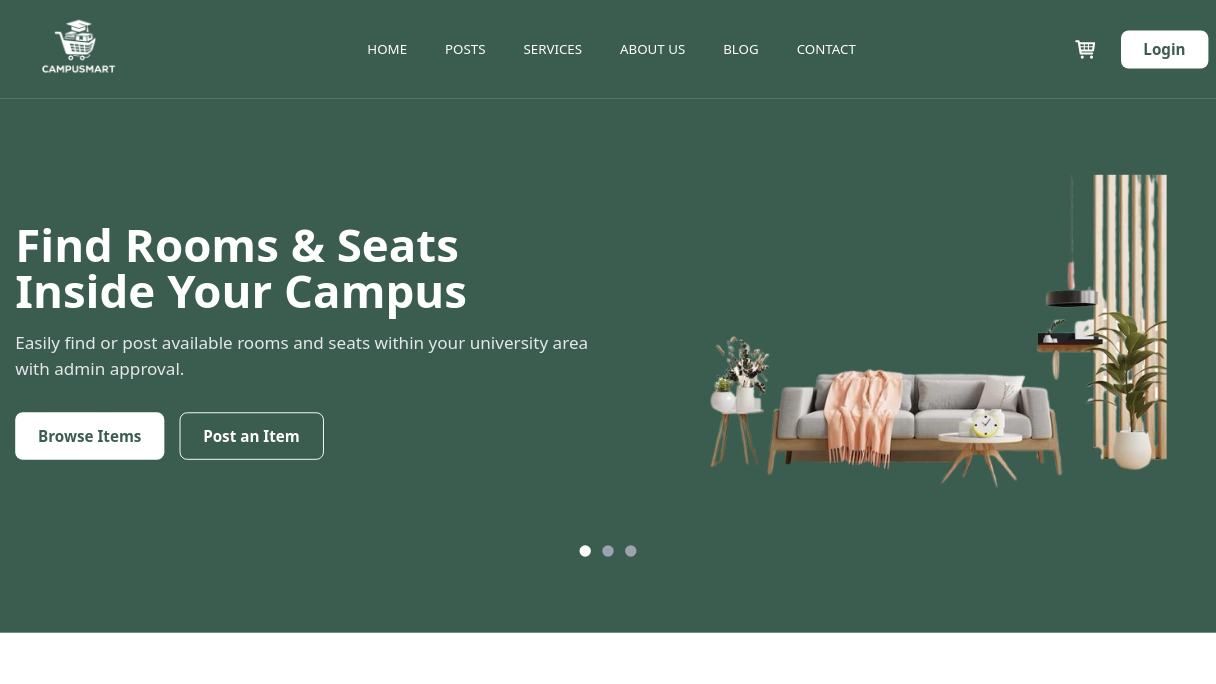
Repository: jahidhasanri/CAMPUSMART
Page: /
These files come from the project's save history. The page is drawn as it stood at one moment and after the next save; the edit follows.
The browser window is 1280 px wide. The pictures show the whole page, at 95% of full size.
The project was rebuilt for these pictures with package versions that can differ from the ones it lists, and the page was loaded fresh each time. Also part of the build but not shown: vite.config.js.

Above is the page before, as saved 2026-01-12 23:03:23.

After the next save:
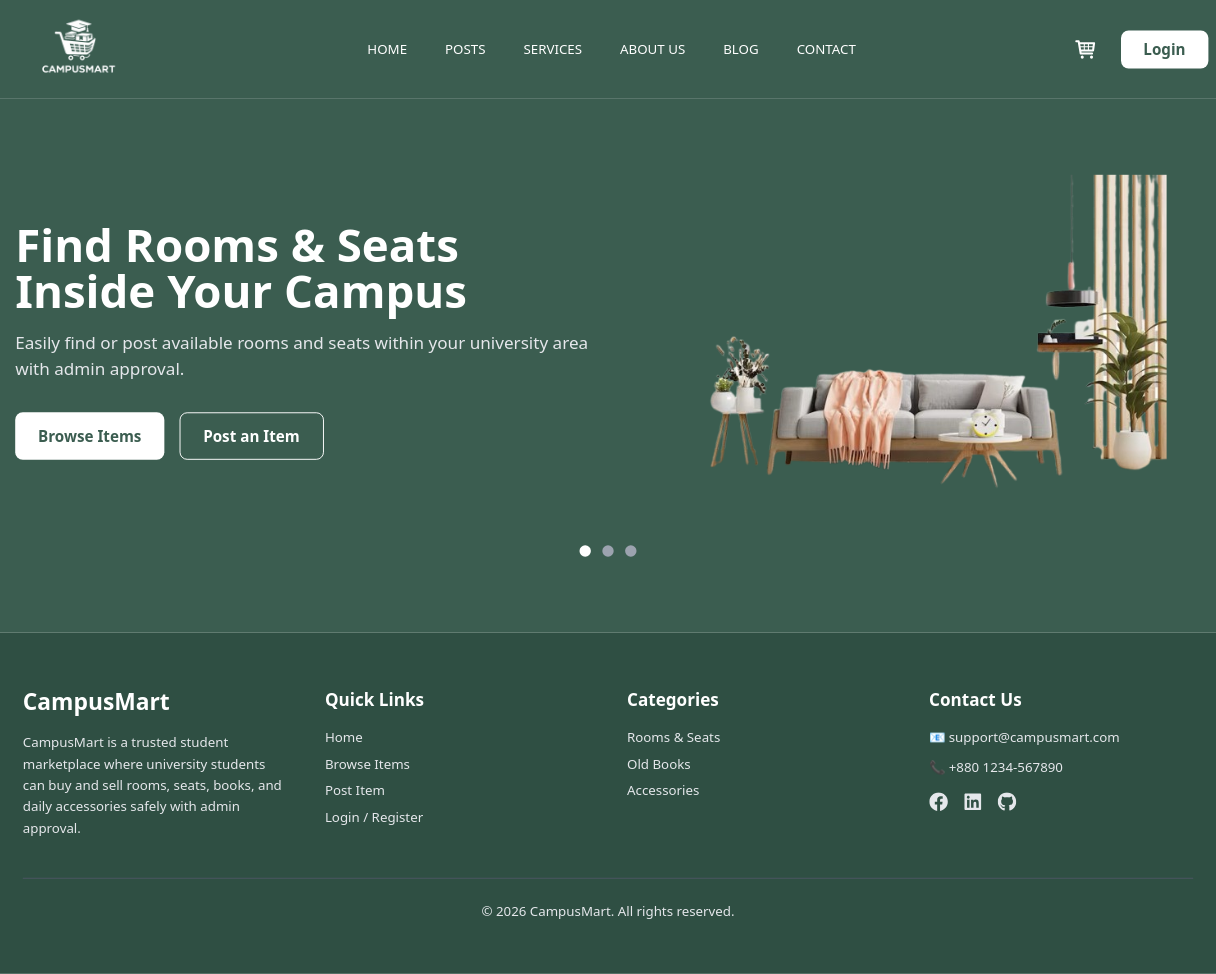
Saved 15 s later.
--- a/src/components/Main.jsx
+++ b/src/components/Main.jsx
@@ -1,6 +1,7 @@
 import React from 'react';
 import { Outlet } from 'react-router-dom';
 import Navbar from './Navbar';
+import Footer from './Footer';
 
 const Main = () => {
     return (
@@ -10,7 +11,7 @@ const Main = () => {
 
             <Outlet></Outlet>
             </div>
-            {/* <Footer></Footer> */}
+            <Footer></Footer>
         </div>
     );
 };
